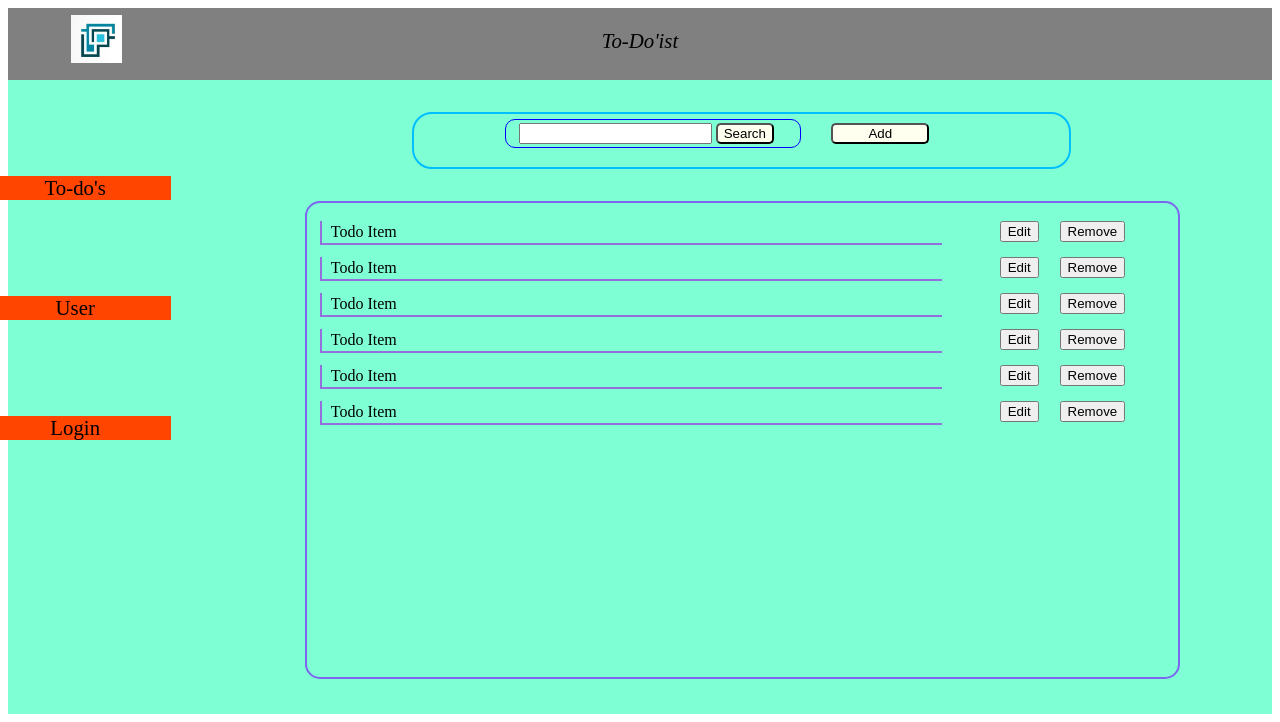
Repository: tavisca-pkadam/Todo-Website
Page: home.html
These files come from the project's save history. The page is drawn as it stood at one moment and after the next save; the edit follows.
The browser window is 1280 px wide. The pictures show the whole page.

Above is the page before, as saved 2019-08-20 08:51:43.

After the next save:
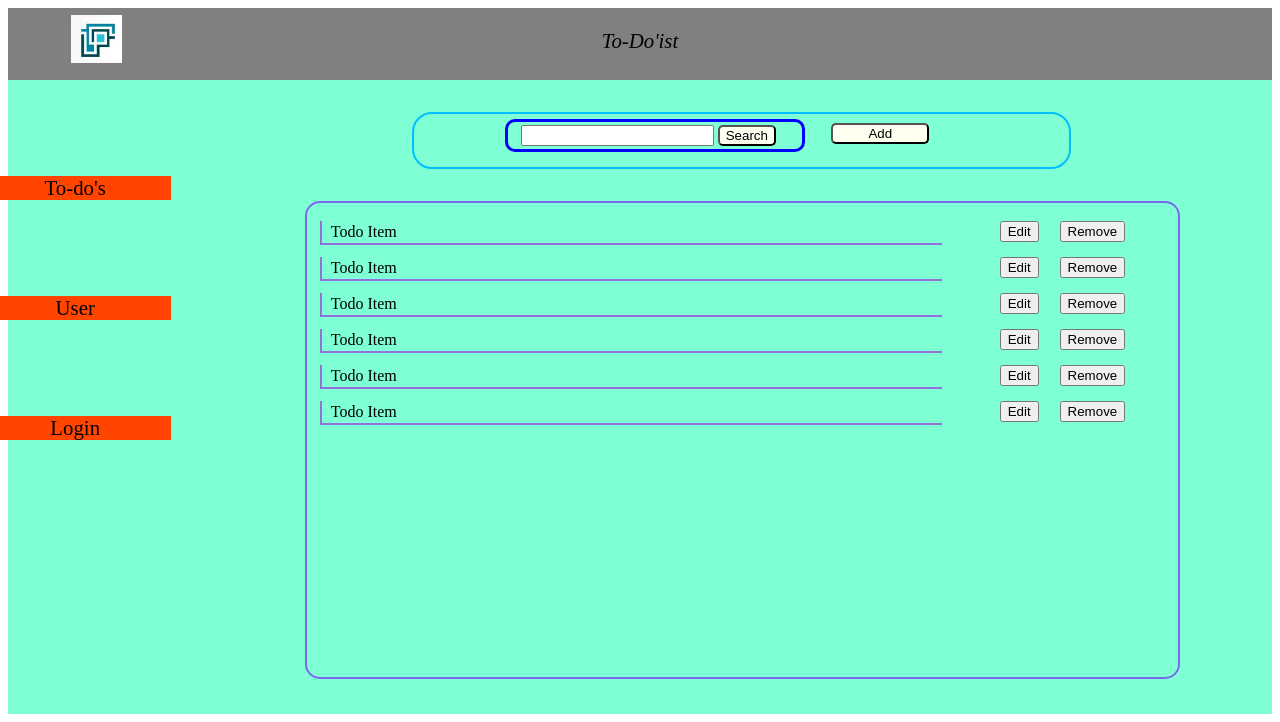
Saved 4 s later.
--- a/main.css
+++ b/main.css
@@ -81,7 +81,7 @@
     padding-right: 4%;
     left: 5vw;
     border-radius: 10px;
-    border-width: 1px;
+    /* border-width: 1px; */
     border-style: solid;
     border-color: blue;
 
